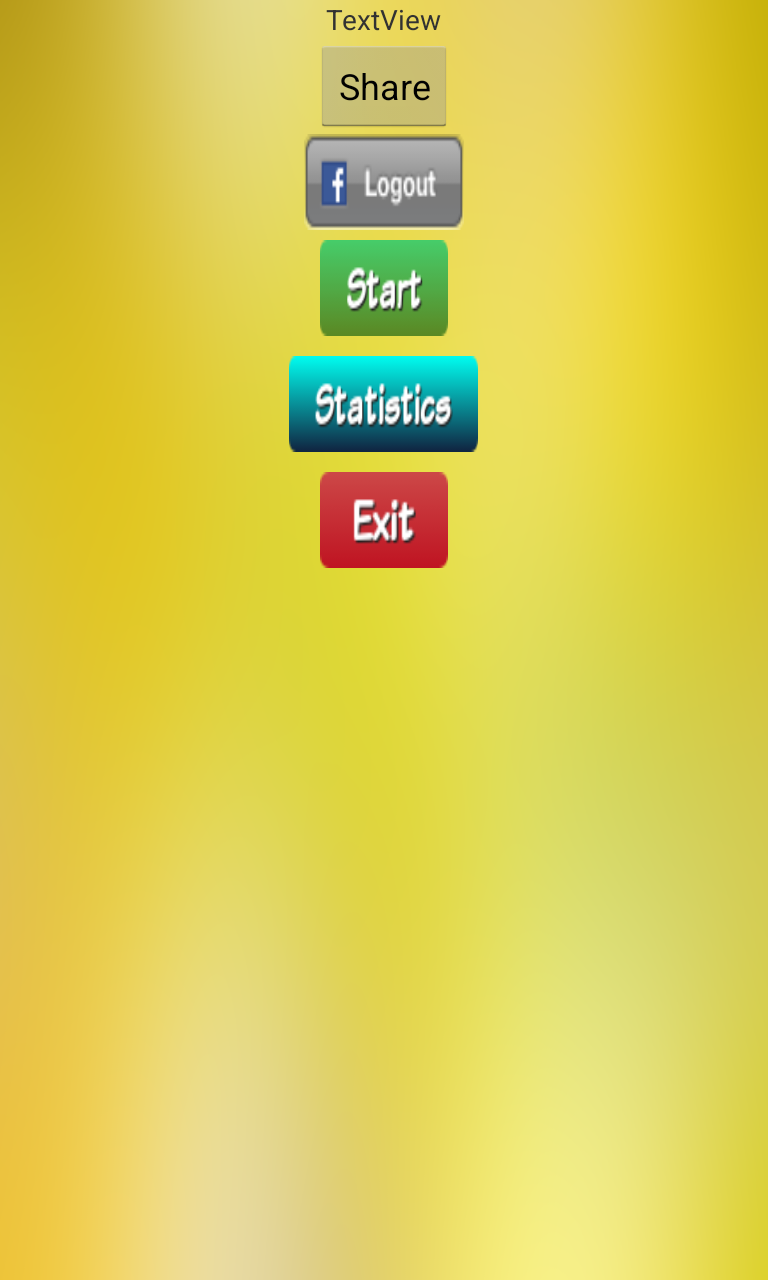
Repository: kingstonbg/workspaceAndroid
Layout: TaxiRoute/res/layout/activity_main_menu.xml
The author's editor kept a copy of each file at every save. The layout is drawn from the files as they stood at one save, then again after the next save.
It is drawn on a 768 x 1280 px phone screen (xhdpi) without system bars, with theme AppTheme; the app's code is not run.

Above is the layout before, as saved 2013-02-18 14:43:29.

After the next save:
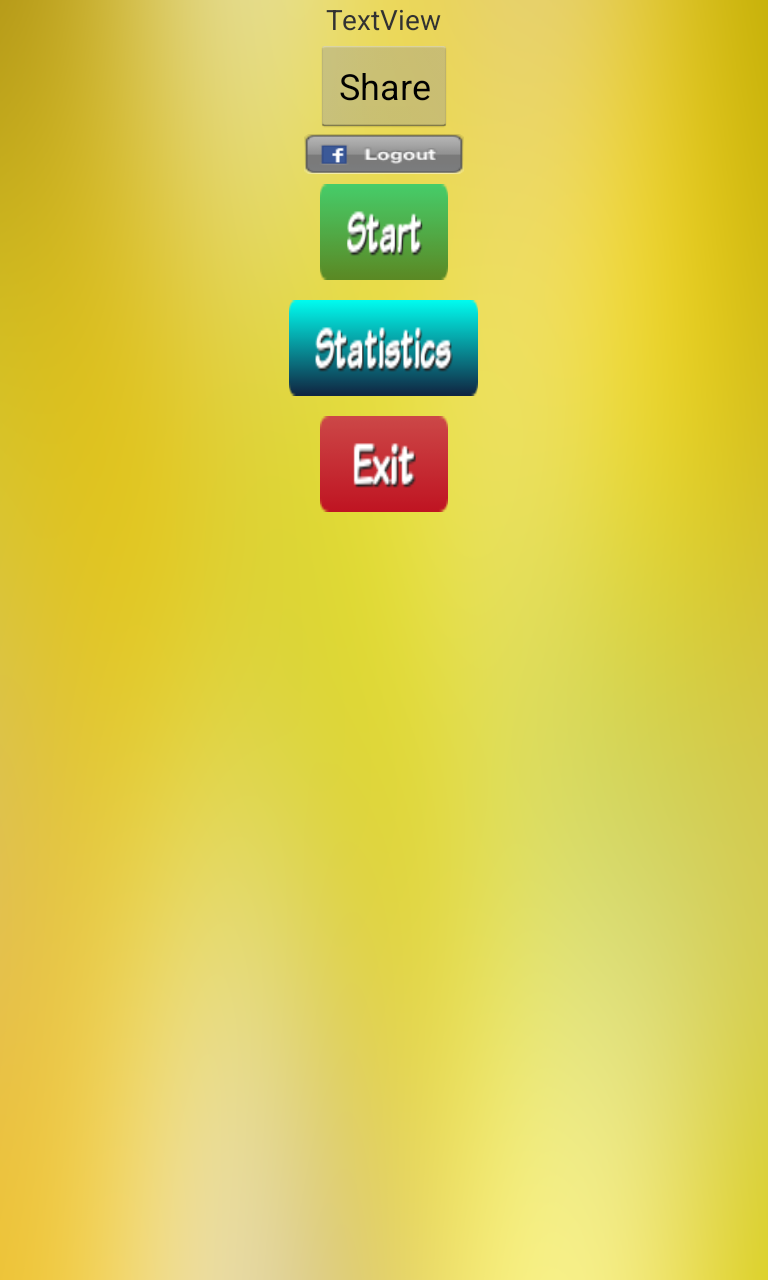
Saved 5 s later.
--- a/TaxiRoute/res/layout/activity_main_menu.xml
+++ b/TaxiRoute/res/layout/activity_main_menu.xml
@@ -21,7 +21,7 @@
     <Button
         android:id="@+id/btn_clear_credentials"
         android:layout_width="80dp"
-        android:layout_height="wrap_content"
+        android:layout_height="20dp"
         android:background="@drawable/logout" />
 
     <Button
